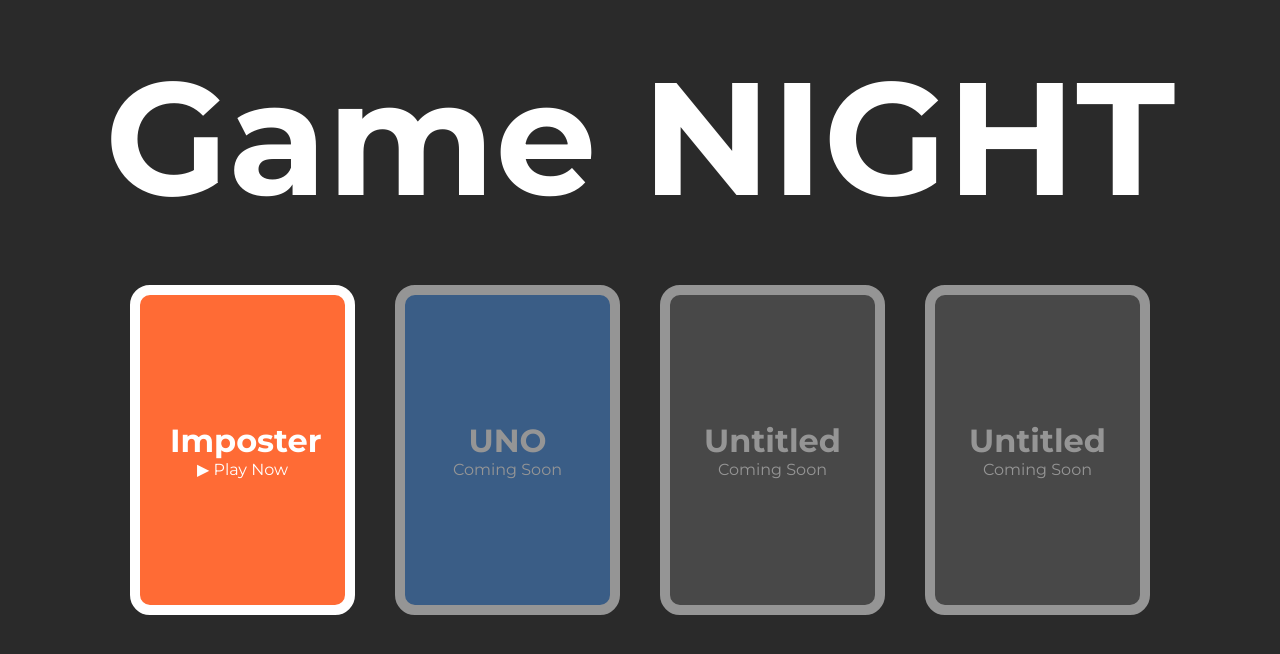
Repository: nfemmanuel/game-night-app
Page: /
The author's editor kept a copy of each file at every save. The page is drawn from the files as they stood at one save, then again after the next save.
The browser window is 1280 px wide. The pictures show the whole page.
The project was rebuilt for these pictures with package versions that can differ from the ones it lists, and the page was loaded fresh each time. Also part of the build but not shown: src/components/HelpButton.jsx, src/components/BackButton.jsx, src/pages/ImposterSetup.jsx, src/data/wordList.js, src/pages/ImposterReveal.jsx, src/pages/ImposterVoting.jsx.

Above is the page before, as saved 2025-12-31 17:41:48.

### public/index.html
<!DOCTYPE html>
<html lang="en">
  <head>
    <meta charset="utf-8" />
    <link rel="icon" href="%PUBLIC_URL%/favicon.ico" />
    <link rel="preconnect" href="https://fonts.googleapis.com">
    <link rel="preconnect" href="https://fonts.gstatic.com" crossorigin>
    <link href="https://fonts.googleapis.com/css2?family=Montserrat:wght@400;600;700&display=swap" rel="stylesheet">
    <meta name="viewport" content="width=device-width, initial-scale=1" />
    <meta name="theme-color" content="#000000" />
    <meta
      name="description"
      content="Web site created using create-react-app"
    />
    <link rel="apple-touch-icon" href="%PUBLIC_URL%/logo192.png" />
    <!--
      manifest.json provides metadata used when your web app is installed on a
      user's mobile device or desktop. See https://developers.google.com/web/fundamentals/web-app-manifest/
    -->
    <link rel="manifest" href="%PUBLIC_URL%/manifest.json" />
    <!--
      Notice the use of %PUBLIC_URL% in the tags above.
      It will be replaced with the URL of the `public` folder during the build.
      Only files inside the `public` folder can be referenced from the HTML.

      Unlike "/favicon.ico" or "favicon.ico", "%PUBLIC_URL%/favicon.ico" will
      work correctly both with client-side routing and a non-root public URL.
      Learn how to configure a non-root public URL by running `npm run build`.
    -->
    <title>React App</title>
  </head>
  <body>
    <noscript>You need to enable JavaScript to run this app.</noscript>
    <div id="root"></div>
    <!--
      This HTML file is a template.
      If you open it directly in the browser, you will see an empty page.

      You can add webfonts, meta tags, or analytics to this file.
      The build step will place the bundled scripts into the <body> tag.

      To begin the development, run `npm start` or `yarn start`.
      To create a production bundle, use `npm run build` or `yarn build`.
    -->
  </body>
</html>

### src/App.js
import { BrowserRouter, Routes, Route } from 'react-router-dom';
import './styles/global.css';
import LandingPage from './pages/LandingPage';
import ImposterSetup from './pages/ImposterSetup';
import ImposterReveal from './pages/ImposterReveal';
import ImposterVoting from './pages/ImposterVoting';

function App() {
  return (
    <BrowserRouter>
      <Routes>
        <Route path="/" element={<LandingPage />} />
        <Route path="/imposter-setup" element={<ImposterSetup />} />
        <Route path="/imposter-reveal" element={<ImposterReveal />} />
        <Route path="/imposter-voting" element={<ImposterVoting />} />
      </Routes>
    </BrowserRouter>
  );
}

export default App;

### src/styles/global.css
* {
    margin: 0;
    padding: 0;
    box-sizing: border-box;
}

body {
    font-family: 'Montserrat',
        'Helvetica Neue',
        'Arial',
        sans-serif;
    background-color: rgb(42, 42, 42);
    color: white;
    overflow: hidden;
}

button {
    cursor: pointer;
    border: none;
    border-radius: 5px;
    font-family: inherit;
    font-size: 1rem;
    padding: 10px 20px;
}

### src/pages/LandingPage.jsx
import { useNavigate } from 'react-router-dom';
import GameCard from '../components/GameCard';
import HelpButton from '../components/HelpButton';

function LandingPage() {
    const navigate = useNavigate();

    const handleClick = (gameName, route) => {
        if (route) {
            navigate(route);
        }
    };

    return (
        <div style={{ padding: '40px', textAlign: 'center' }}>
            <h1 style={{ fontSize: '10rem' }}>Game NIGHT</h1>

            <div style={{
                display: 'flex',
                gap: '20px',
                justifyContent: 'center',
                marginTop: '40px',
                flexWrap: 'wrap'
            }}>
                <GameCard
                    name="Imposter"
                    available={true}
                    color="orange"
                    onClick={() => handleClick("Imposter", "/imposter-setup")}
                />
                <GameCard
                    name="UNO"
                    available={false}
                    color="blue"
                    onClick={() => handleClick("UNO", "/uno-setup")}
                />
                <GameCard
                    name="Untitled"
                    available={false}
                    onClick={() => { }}
                />
                <GameCard
                    name="Untitled"
                    available={false}
                    onClick={() => { }}
                />
            </div>
        </div>
    );
}

export default LandingPage;

### src/components/GameCard.jsx
import styles from './GameCard.module.css';

function GameCard({ name, available, onClick, color }) {  // Add color here
    // Combine card + available/disabled classes + color
    const cardClasses = `${styles.card} ${available ? styles.available : styles.disabled} ${color ? styles[color] : ''}`;

    return (
        <div
            className={cardClasses}
            onClick={available ? onClick : null}
        >
            <h1>{name}</h1>
            <p>{available ? '▶ Play Now' : 'Coming Soon'}</p>
        </div>
    );
}

export default GameCard;

### src/components/GameCard.module.css
.card {
    width: 225px;
    height: 330px;
    padding: 30px;
    margin: 10px;
    border-radius: 20px;
    border: 10px solid white;
    text-align: center;
    transition: all 0.3s ease;
    display: flex;
    flex-direction: column;
    justify-content: center;
}

.available {
    color: white;
    cursor: pointer;
}

.available:hover {
    transform: scale(1.05);
}

.disabled {
    background-color: #666;
    color: white;
    cursor: not-allowed;
    opacity: 0.5;
}

.orange {
    background-color: #FF6B35;
}

.orange:hover {
    box-shadow: 0 0 20px rgba(255, 107, 53, 0.6);
}

.blue {
    background-color: #4A90E2;
}

.blue:hover {
    box-shadow: 0 0 20px rgba(74, 144, 226, 0.6);
}

Loaded but not shown: src/index.js (common file); src/index.css (common file); src/reportWebVitals.js (common file)

After the next save:
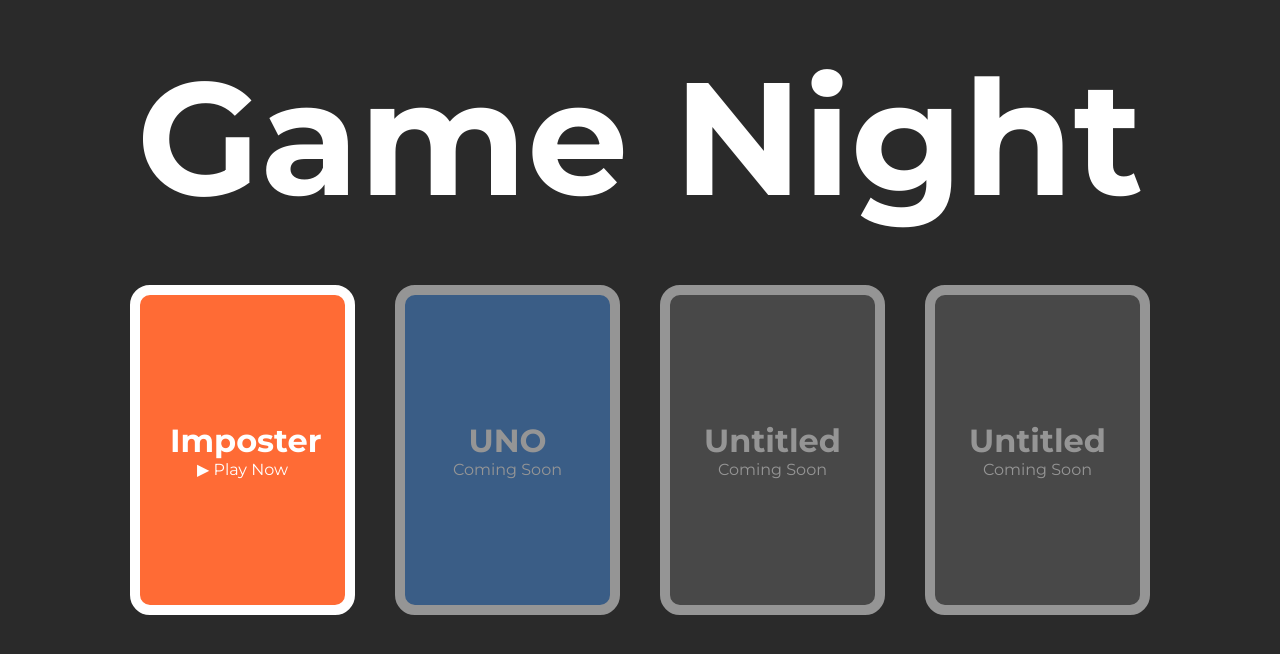
Saved 9 min 46 s later.
--- a/src/pages/LandingPage.jsx
+++ b/src/pages/LandingPage.jsx
@@ -13,7 +13,7 @@ function LandingPage() {
 
     return (
         <div style={{ padding: '40px', textAlign: 'center' }}>
-            <h1 style={{ fontSize: '10rem' }}>Game NIGHT</h1>
+            <h1 style={{ fontSize: '10rem' }}>Game Night</h1>
 
             <div style={{
                 display: 'flex',
